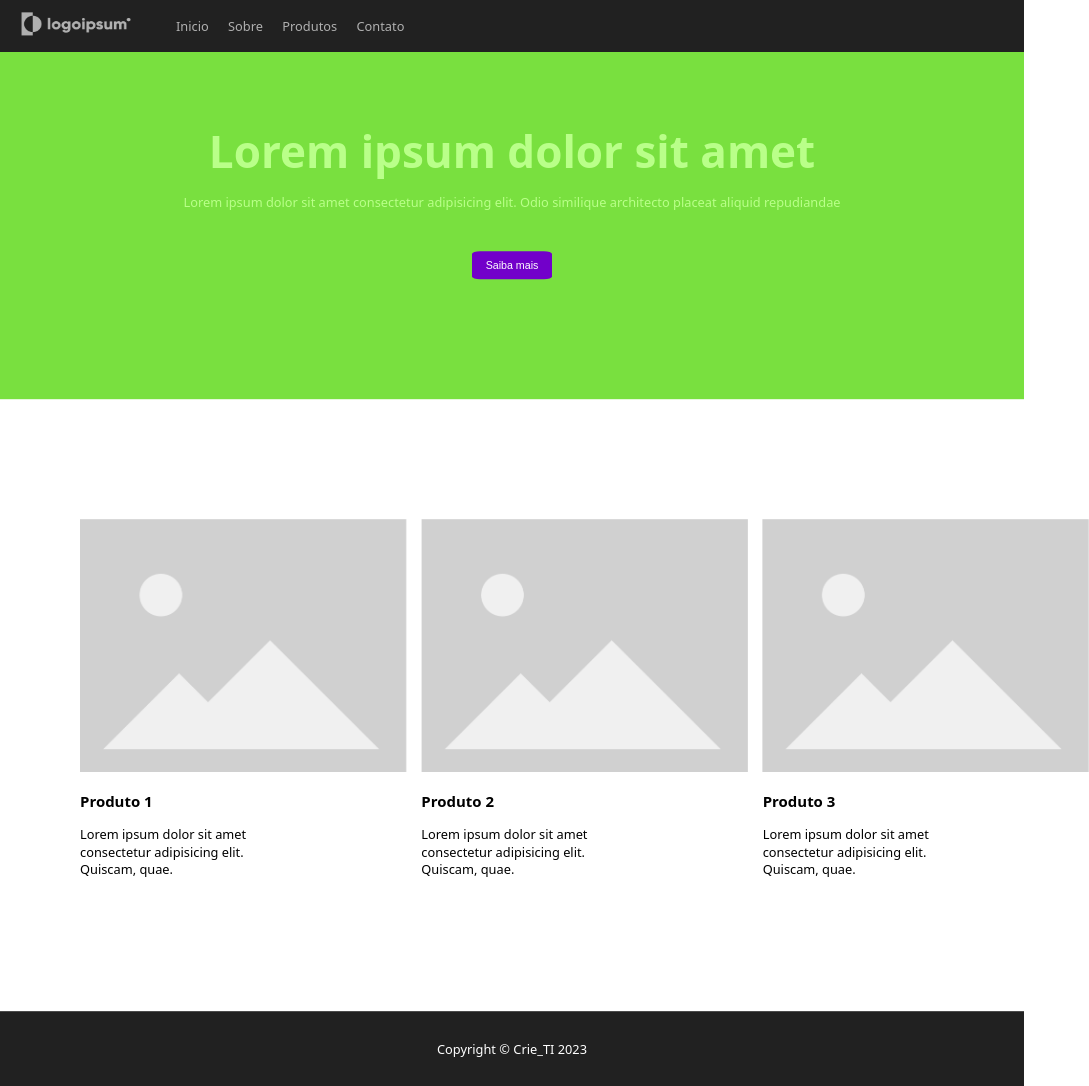
Repository: Carolden/SiteCrie_Ti
Page: index.html
The author's editor kept a copy of each file at every save. The page is drawn from the files as they stood at one save, then again after the next save.
The browser window is 1280 px wide. The page is 1361 px wide, then 1280 px, so the pictures cover 1361 px, including what lies to the right of the window. The pictures show the whole page, at 80% of full size.

Above is the page before, as saved 2023-04-25 20:32:52.

### index.html
<!DOCTYPE html>
<html lang="pt-BR">
<head>
    <meta charset="UTF-8">
    <meta http-equiv="X-UA-Compatible" content="IE=edge">
    <meta name="viewport" content="width=device-width, initial-scale=1.0">
    <title>Document</title>
    <link rel="stylesheet" type="text/css" href="index.css" media="screen" />
</head>
<body>

    <header>
        <div>
            <img src="images/logo.png" alt="logo" class="logo">
        </div>
        <nav>
            <a href="inicio">Inicio</a>
            <a href="sobre">Sobre</a>
            <a href="produtos">Produtos</a>
            <a href="contato">Contato</a>
        </nav>
    </header>

    <main>

    <section class="banner">
        <h1>Lorem ipsum dolor sit amet</h1>
        <p>Lorem ipsum dolor sit amet consectetur adipisicing elit. Odio similique architecto placeat aliquid repudiandae</p>
        <button>Saiba mais</button>
    </section>

    <section class="produtos">
        <div class="row">
            <div class="column">
                <img src="images/placeholder.png" alt="imagem1">
                <h3>Produto 1</h3>
                <p>Lorem ipsum dolor sit amet consectetur adipisicing elit. Quiscam, quae. </p>
            </div>

            <div class="column">
                <img src="images/placeholder.png" alt="imagem2">
                <h3>Produto 2</h3>
                <p>Lorem ipsum dolor sit amet consectetur adipisicing elit. Quiscam, quae.</p>
            </div>

            <div class="column">
                <img src="images/placeholder.png" alt="imagem3">
                <h3>Produto 3</h3>
                <p>Lorem ipsum dolor sit amet consectetur adipisicing elit. Quiscam, quae.</p>
            </div>
        </div>
    </section>

    <footer>
        <div>
            <p> Copyright © Crie_TI 2023</p>
        </div>
    </footer>



    </main>





</body>
</html>

### index.css
body {
    border: 0;
    margin: 0;
    padding: 0;
    font-family: system-ui, -apple-system, BlinkMacSystemFont, 'Segoe UI', Roboto, Oxygen, Ubuntu, Cantarell, 'Open Sans', 'Helvetica Neue', sans-serif;
}


header {
    background-color: #212121;
    display: flex;
    align-items: center;
    width: 100%;
    top: 0;
    padding-left: 20px;
    padding-right: 20px;
    box-sizing: border-box;
}

header nav a {
    color: #B0B0B0;
    text-decoration: none;
    padding: 10px;

}

.logo {
    width: 150px;
    height: 60px;
    padding-right: 40px;
}

.banner {
    background-color: rgb(121, 224, 63);
    color: rgb(185, 255, 137);
    text-align: center;
    padding-top: 40px;
    padding-bottom: 150px;


}

button {
    background-color: rgb(114, 0, 202);
    color: #ffffff;
    text-align: center;
    padding: 10px;
    padding-left: 17px;
    padding-right: 17px;
    border-radius: 10%;
    border-style: hidden    ;
}

.banner h1 {
    font-size: 55px;
    margin-bottom: -30px;
}

.banner p {
    padding-bottom: 50px;
    padding-top: 30px;
    margin-bottom: 0px;
}

.produtos {
    padding-bottom: 50px;
}


.row {
    display: flex;
    padding-top: 50px;
}


.column {
    /* São 3 colunas, então o width recebe 33.33%, separando a linha em três colunas */
    width: 33.33%;
    padding: 100px;
    /* justify-content: center; */
    /* text-align: center; */

}


img {
    /* Cada imagem ocupa 100% dos 33.33% */
    width: 180%;
    /* height: 350px; */
    /* object-fit: cover; */
    /* text-align: center; */
    /* justify-content: center; */
}


footer {
    background-color: #212121;
    color: white;
    padding: 20px;
    text-align: center;
}

After the next save:
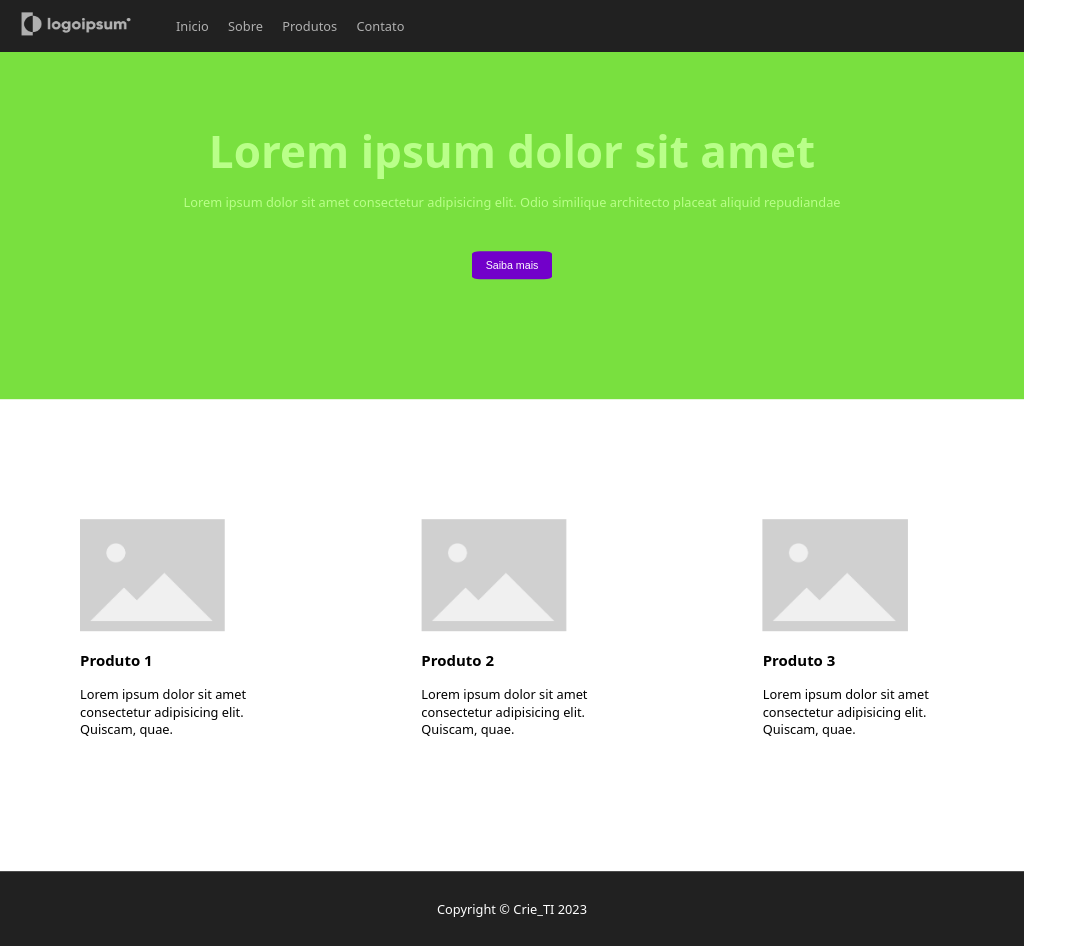
Saved 5 s later.
--- a/index.css
+++ b/index.css
@@ -85,7 +85,7 @@ button {
 
 img {
     /* Cada imagem ocupa 100% dos 33.33% */
-    width: 180%;
+    width: 80%;
     /* height: 350px; */
     /* object-fit: cover; */
     /* text-align: center; */
